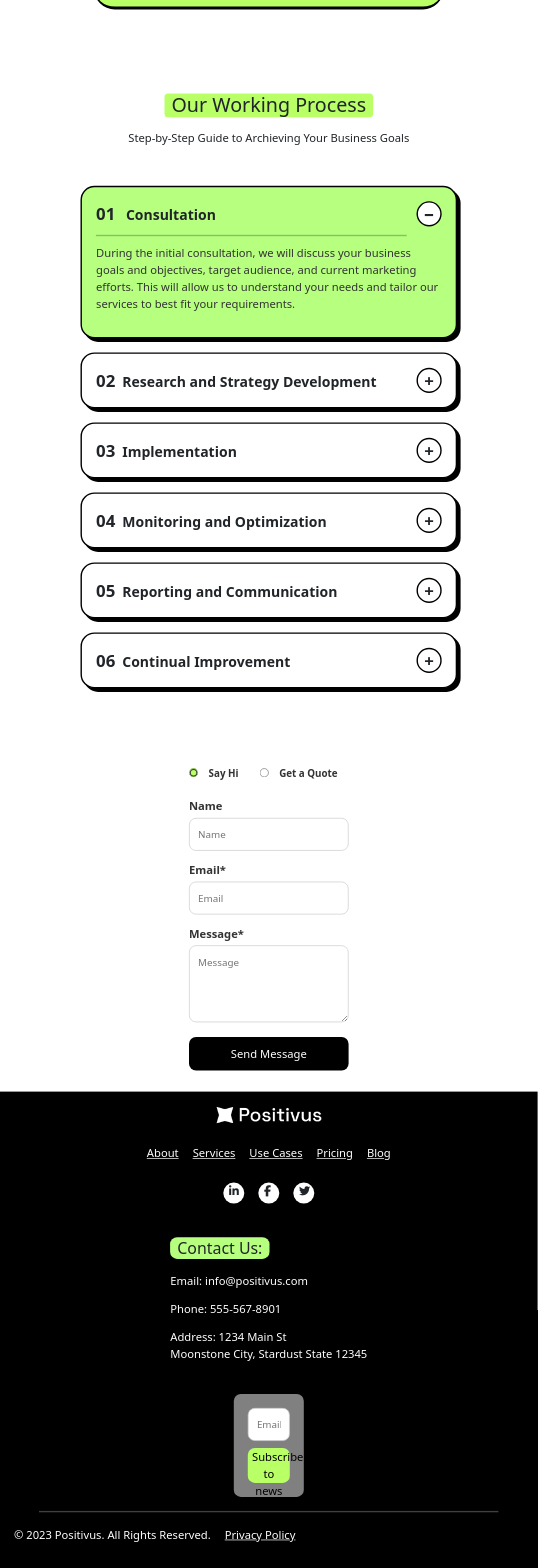
Repository: inshaabbas/CSS-Hackathon-SMIT
Page: index.html
These files come from the project's save history. The page is drawn as it stood at one moment and after the next save; the edit follows.
The browser window is 768 px wide. The pictures show the part of the page from y = 1759 to 3999 px (the page is 3999 px tall before and 3736 px after), at 70% of full size.
A picture or video elsewhere on the page could not be fetched, so the positions and the page height are approximate.

Above is the page before, as saved 2025-06-25 11:35:35.

### index.html
<!DOCTYPE html>
<html lang="en">
<head>
    <meta charset="UTF-8">
    <meta name="viewport" content="width=device-width, initial-scale=1.0">
    <title>CSS Hackathon</title>
    <!-- Bootstrap CDN -->
     <link href="https://cdn.jsdelivr.net/npm/bootstrap@5.3.7/dist/css/bootstrap.min.css" rel="stylesheet" integrity="sha384-LN+7fdVzj6u52u30Kp6M/trliBMCMKTyK833zpbD+pXdCLuTusPj697FH4R/5mcr" crossorigin="anonymous">
    <!-- Font Awesome CDN -->
     <link rel="stylesheet" href="https://cdnjs.cloudflare.com/ajax/libs/font-awesome/6.7.2/css/all.min.css" integrity="sha512-Evv84Mr4kqVGRNSgIGL/F/aIDqQb7xQ2vcrdIwxfjThSH8CSR7PBEakCr51Ck+w+/U6swU2Im1vVX0SVk9ABhg==" crossorigin="anonymous" referrerpolicy="no-referrer"/>
    <!-- External Style Sheet -->
     <link rel="stylesheet" href="./style.css">
</head>
<body>
    <!-- Header Section Starts -->
    <header class="container-xxl">
      <div class="fixed-top">
         <nav class="navbar navbar-expand-lg bg-body-tertiary">
  <div class="container-fluid">
    <a class="navbar-brand" href="#"><img src="./Assets/logo.png" alt="Logo" width="150px"></a>
    <button class="navbar-toggler" type="button" data-bs-toggle="collapse" data-bs-target="#navbarSupportedContent" aria-controls="navbarSupportedContent" aria-expanded="false" aria-label="Toggle navigation">
      <span class="navbar-toggler-icon"></span>
    </button>
    <div class="collapse navbar-collapse" id="navbarSupportedContent">
      <ul class="navbar-nav ms-auto me-3 gap-4 mb-2 mb-lg-0">
        <li class="nav-item">
          <a class="nav-link active" aria-current="page" href="#">Aboutus</a>
        </li>
        <li class="nav-item">
          <a class="nav-link active" href="#">Services</a>
        </li>
        <li class="nav-item">
          <a class="nav-link active" aria-disabled="true">User Cases</a>
        </li>
        <li class="nav-item">
          <a class="nav-link active" aria-current="page" href="#">Pricing</a>
        </li>
        <li class="nav-item">
          <a class="nav-link active" aria-current="page" href="#">Blog</a>
        </li>
      </ul>
        <button class="btn btn-outline-dark" type="submit">Request a Quote</button>
      </form>
    </div>
  </div>
</nav>
      </div>
    </header>
    <!-- Header Section Ends -->

    <!-- Hero Section Starts -->
     <section class="hero-sec container-xxl">
        <div class="hero-text">
            <h2>Navigating the digital landscape for success</h2>
            <p>Lorem ipsum dolor sit amet consectetur adipisicing elit. Nihil sapiente officia omnis rerum, vitae nesciunt ad obcaecati sint quam accusantium Lorem ipsum dolor sit amet consectetur adipisicing elit. Quaerat nobis quos soluta accusantium perspiciatis quas ducimus dicta accusamus eius, sint adipisci cum minima aliquam debitis expedita nam eos, consectetur quasi.</p>
            <button type="button" class="btn btn-dark">Book a consultation</button>
        </div>
        <div class="hero-img">
            <img src="./Assets/hero-sec-img.png" alt="Hero Section Img" width="450px" height="330px">
        </div>
     </section>
    <!-- Hero Section Ends -->

    <!-- Social Section Starts -->
     <section class="social-sec container-xxl">
       <img src="./Assets/Amazon.png" alt="Amazon">
       <img src="./Assets/Dribbble.png" alt="Dribbble">
       <img src="./Assets/Hubspot-icon-removebg-preview.png" alt="Hubspot">
       <img src="./Assets/Notion.png" alt="Notion">
       <img src="./Assets/Netflix.png" alt="Netflix" class="gray">
       <img src="./Assets/Zoom.png" alt="Zoom" class="gray">
     </section>
    <!-- Social Section Ends -->

    <!-- Service Section Starts -->
     <section class="service-sec container-xxl">
      <div class="service-head">
        <h2>Services</h2>
        <p>Lorem ipsum dolor sit amet consectetur adipisicing elit. Ad, aliquam assumenda. Perspiciatis necessitatibus ullam possimus illum consequatur dolores quasi ut.</p>
      </div>
      <div class="service-cards">
        <div class="service-card-1 hover-img">
          <div class="ser-card-1-text">
             <h3>Search engine <br> optimization</h3>
             <p><img src="./Assets/service-icon.png" alt="Service Icon" width="30px">Learn More</p>
          </div>
          <div class="ser-card-1-img">
            <img src="./Assets/Service-card-1img.png" alt="">
          </div>
        </div>
        <div class="service-card-2 hover-img">
          <div class="ser-card-2-text">
             <h3>Search engine <br> optimization</h3>
             <p><img src="./Assets/service-icon.png" alt="Service Icon" width="30px">Learn More</p>
          </div>
          <div class="ser-card-2-img">
            <img src="./Assets/Service-card-2-img.png" alt="">
          </div>
        </div>
      </div>
     </section>
    <!-- Service Section Ends -->

     <!-- Working section Starts -->
     <section class="working-section container-xxl">
      <div class="working-head">
        <h2>Our Working Process</h2>
        <p>Step-by-Step Guide to Archieving Your Business Goals</p>
      </div>
      <div class="faq-section">
  <details open>
    <summary><span><span class="number">01</span> Consultation</span> <span class="plus"></span></summary>
    <hr class="divider">
    <div class="faq-content">
      <p>During the initial consultation, we will discuss your business goals and objectives, target audience, and current marketing efforts. This will allow us to understand your needs and tailor our services to best fit your requirements.</p>
    </div>
  </details>

  <details>
    <summary><span><span class="number">02</span>Research and Strategy Development</span> <span class="plus"></span></summary>
    <hr class="divider">
    <div class="faq-content">
      We research your market and competitors to develop a custom strategy aligned with your business goals.
    </div>
  </details>

   <details>
    <summary><span><span class="number">03</span>Implementation</span> <span class="plus"></span></summary>
    <hr class="divider">
    <div class="faq-content">
      We research your market and competitors to develop a custom strategy aligned with your business goals.
    </div>
  </details>

   <details>
    <summary><span><span class="number">04</span>Monitoring and Optimization</span> <span class="plus"></span></summary>
    <hr class="divider">
    <div class="faq-content">
      We research your market and competitors to develop a custom strategy aligned with your business goals.
    </div>
  </details>

   <details>
    <summary><span><span class="number">05</span>Reporting and Communication</span> <span class="plus"></span></summary>
    <hr class="divider">
    <div class="faq-content">
      We research your market and competitors to develop a custom strategy aligned with your business goals.
    </div>
  </details>

   <details>
    <summary><span><span class="number">06</span>Continual Improvement</span> <span class="plus"></span></summary>
    <hr class="divider">
    <div class="faq-content">
      We research your market and competitors to develop a custom strategy aligned with your business goals.
    </div>
  </details>
      </div>
      </section>

    <!-- Working section Ends -->

     <!-- Contact section Starts -->
     <section class="contact-section container-xxl">
      <div class="contact-form">
        <form>
          <div class="radio-group">
            <label><input type="radio" name="purpose" checked>Say Hi</label>
            <label><input type="radio" name="purpose"> Get a Quote</label>
          </div>

          <div class="form-group">
            <label for="name">Name</label>
            <input type="text" id="name" name="name" placeholder="Name" required>
          </div>

          <div class="form-group">
            <label for="email">Email*</label>
            <input type="email" id="email" name="email" placeholder="Email" required>
          </div>

          <div class="form-group">
            <label for="message">Message*</label>
            <textarea id="message" name="message" placeholder="Message" rows="4" required></textarea>
          </div>

          <button type="submit" class="send-btn">Send Message</button>
        </form>
       </div>
      <div class="contact-image">
        <img src="./Assets/Contact-img.png" alt="Contact img" width="400px">
      </div>
     </section>

     <!-- Contact section End -->

     <!-- Footer section Starts -->

     <footer>
        <div class="top-footer">
            <div class="fot-logo">
                <img src="./Assets/Foooter-logo.png" alt="Footer logo" width="150px">
            </div>
            <div class="fot-links">
                <li><a href="#">About</a></li>
                <li><a href="#">Services</a></li>
                <li><a href="#">Use Cases</a></li>
                <li><a href="#">Pricing</a></li>
                <li><a href="#">Blog</a></li>
            </div>
            <div class="fot-icons">
                <div class="circle"><i class="fa-brands fa-linkedin-in"></i></div>
                <div class="circle"><i class="fa-brands fa-facebook-f"></i></div>
                <div class="circle"><i class="fa-brands fa-twitter"></i></div>
            </div>
        </div>

        <div class="fot-contact">
            <div class="fot-text">
                <h4>Contact Us:</h4>
                <p style="margin-top: 20px;">Email: info@positivus.com</p>
                <p>Phone: 555-567-8901</p>
                <p>Address: 1234 Main St <br> Moonstone City, Stardust State 12345</p>
            </div>
            <div class="fot-input">
                <input type="text" placeholder="Email">
                <button class="btn-sub">Subscribe to news</button>
            </div>
        </div>
        <hr>
        <div class="bot-foot">
            <p>© 2023 Positivus. All Rights Reserved.</p>
            <a href="#">Privacy Policy</a>
        </div>
     </footer>








<script src="https://cdn.jsdelivr.net/npm/@popperjs/core@2.11.8/dist/umd/popper.min.js" integrity="sha384-I7E8VVD/ismYTF4hNIPjVp/Zjvgyol6VFvRkX/vR+Vc4jQkC+hVqc2pM8ODewa9r" crossorigin="anonymous"></script>
<script src="https://cdn.jsdelivr.net/npm/bootstrap@5.3.7/dist/js/bootstrap.min.js" integrity="sha384-7qAoOXltbVP82dhxHAUje59V5r2YsVfBafyUDxEdApLPmcdhBPg1DKg1ERo0BZlK" crossorigin="anonymous"></script>
</body>
</html>

### style.css
.hover-img{
    transition: transform 0.3s ease;
}

.hover-img:hover{
    transform: scale(1.1);
}

.hero-sec{
    display: flex;
    justify-content: space-around;
    align-items: center;
    padding: 20px;
    height: 500px;
    padding-top: 80px;
}

.hero-text{
    width: 50%;
}

.hero-text h2{
    font-size: 35px;
    font-weight: bold;
}

@media screen and (max-width: 1010px) {
    .hero-img img{
        width: 350px;
        height: 300px;
    }
    .hero-sec{
        height: auto;
    }
}

@media screen and (max-width: 800px){
    .hero-sec{
        flex-direction: column;
        gap: 50px;
    }

    .hero-text{
    width: 100%;
}

.hero-img img{
    width: 300px;
    height: 250px;
}
}

/* Hero Section End */

/* Social Section Starts */
.social-sec{
    height: auto;
    display: flex;
    justify-content: center;
    align-items: center;
    gap: 40px;
    flex-wrap: wrap;
    padding: 20px;
    margin-top: 40px;
}

.social-sec img{
    width: 120px;
}

.gray{
    filter: grayscale(100%);
}

/* Social Section Ends */


/* Service Section Starts */

.service-sec{
    height: auto;
    margin-top: 40px;
    padding: 40px 10px;
}

.service-head{
    display: flex;
    margin-left: 100px;
    gap: 30px;
}

.service-head h2{
    background-color: #b9ff66;
    padding: 0px 10px;
    border-radius: 5px;
    font-size: 40px;
}

.service-head p{
    width: 600px;
}

.service-cards{
    padding-top: 40px;
    display: flex;
    justify-content: center;
    align-items: center;
    flex-wrap: wrap;
    gap: 40px;
    padding: 20px;
}

/* Card 1  */
.service-card-1{
    display: flex;
    justify-content: space-between;
    width: 500px;
    height: 280px;
    background-color: #f3f3f3;
    border-radius: 30px;
    padding: 20px;
    border-bottom: black solid 4px;
    border-top: black solid 1px;
    border-left: black solid 1px;
    border-right: black solid 1px;
}

.service-card-1 p img{
    margin-right: 10px;
}

.service-card-1 p{
    margin-top: 100px;
}

.ser-card-1-img{
    display: flex;
    justify-content: center;
    align-items: center;
}

.ser-card-1-text h3{
    background-color: #b9ff66;
    padding: 5px 10px;
    border-radius: 5px;
}

/* Card 2 */

.service-card-2{
    display: flex;
    justify-content: space-between;
    width: 500px;
    height: 280px;
    background-color: #b9ff66;
    border-radius: 30px;
    padding: 20px;
    border-bottom: black solid 4px;
    border-top: black solid 1px;
    border-left: black solid 1px;
    border-right: black solid 1px;
}

.service-card-2 p img{
    margin-right: 10px;
}

.service-card-2 p{
    margin-top: 100px;
}

.ser-card-2-img{
    display: flex;
    justify-content: center;
    align-items: center;
}

.ser-card-2-text h3{
    background-color: #f3f3f3;
    padding: 5px 10px;
    border-radius: 5px;
}

@media screen and (max-width: 865px){
    .service-head{
        flex-direction: column;
        justify-content: center;
        align-items: center;
        text-align: center;
        margin-left: 0px;
        gap: 10px;
    }

    .service-head p{
        width: 100%;
    }
}

@media screen and (max-width: 500px){
    .service-head p{
        font-size: 13px;
    }

    .service-card-2{
        height: 230px;
    }
    .ser-card-2-img img{
        width: 180px;
    }

    .ser-card-2-text h3{
        font-size: 20px;
    }

    .ser-card-2-text p{
        font-size: 13px;
    }

    .service-card-1{
        height: 230px;
    }
    .ser-card-1-img img{
        width: 180px;
    }

    .ser-card-1-text h3{
        font-size: 20px;
    }

    .ser-card-1-text p{
        font-size: 15px;
    }
}

    @media screen and (max-width: 440px){
    .service-head p{
        font-size: 10px;
    }

    .ser-card-2-img img{
        width: 120px;
    }

    .ser-card-2-text h3{
        font-size: 14px;
    }

    .ser-card-2-text p{
        font-size: 12px;
    }

    .ser-card-1-img img{
        width: 120px;
    }

    .ser-card-1-text h3{
        font-size: 14px;
    }

    .ser-card-1-text p{
        font-size: 12px;
    }
}

/* Service Section Ends*/

/* Working Section Starts */

.working-section{
    height: auto;
    margin-top: 20px;
    padding: 40px 10px;
}

.working-head{
    display: flex;
    align-items: center;
    margin-left: 100px;
    gap: 30px;
}

.working-head h2{
    background-color: #b9ff66;
    padding: 0px 10px;
    border-radius: 5px;
}

.working-head p{
    width: 100%;
    max-width: 600px;
}

.faq-section{
    display: flex;
    flex-direction: column;
    justify-content: center;
    align-items: center;
    margin-top: 40px;
    padding: 0px 10px;
}

details {
      border: 2px solid #000;
      border-radius: 20px;
      margin-bottom: 20px;
      padding: 20px;
      box-shadow: 5px 5px 0 #000;
      background-color: #fff;
      transition: all 0.3s ease;
      width: 70vw;
    }

    details[open] {
      background-color: #b6ff7f;
    }

    summary {
      list-style: none;
      cursor: pointer;
      font-weight: bold;
      font-size: 20px;
      display: flex;
      justify-content: space-between;
      align-items: center;
    }

    summary::-webkit-details-marker {
      display: none;
    }

    .number {
      font-size: 24px;
      margin-right: 10px;
    }

    .plus::after {
      content: "+";
      font-size: 24px;
      width: 36px;
      height: 36px;
      display: inline-flex;
      align-items: center;
      justify-content: center;
      border: 2px solid #000;
      border-radius: 50%;
      background: #fff;
    }

    details[open] .plus::after {
      content: "−";
    }

    .faq-content {
      margin-top: 10px;
      font-size: 16px;
      line-height: 1.5;
      color: #333;
    }

    .divider {
      display: none;
      border: none;
      border-top: 2px solid #000;
      margin: 12px 0;
    }

    details[open] .divider {
      display: block;
    }

    details[open] .faq-content {
      display: block;
    }


@media screen and (max-width: 1084px){
    .working-head{
        flex-direction: column;
        justify-content: center;
        align-items: center;
        text-align: center;
        gap: 10px;
        margin-left: 0px;
    }
}

@media screen and (max-width: 700px){
    summary span{
        font-size: 16px;
    }

    .number{
        font-size: 16px;
    }

    .plus::after{
        font-size: 20px;
        width: 25px;
        height: 25px;
    }

    details{
        width: 90vw;
    }
}

@media screen and (max-width: 420px){
    summary span{
        font-size: 13px;
    }

    .number{
        font-size: 14px;
    }
}
/* Working Section Ends */

/* Contact Section Starts */

.contact-section{
    display: flex;
    justify-content: space-between;
    height: auto;
    margin-top: 20px;
    padding: 60px 0px 40px 20px
}

.contact-form{
    width: 100%;
    margin-left: 40px;
}

.radio-group {
  display: flex;
  gap: 30px;
  margin-bottom: 20px;
  font-size: 14px;
}

.radio-group label{
  display: flex;
  align-items: center;
  gap: 15px;
  font-size: 14px;
  color: #333;
  cursor: pointer;
  /* width: 100px; */
  white-space: nowrap
}


input[type="radio"] {
  accent-color: #b9ff66;
}

.form-group {
  margin-bottom: 15px;
}

label {
  display: block;
  margin-bottom: 5px;
  font-weight: bold;
  color: #333;
}

input,
textarea {
  width: 100%;
  max-width: 500px;
  padding: 12px;
  font-size: 14px;
  border: 1px solid #ccc;
  border-radius: 10px;
  box-sizing: border-box;
}

.send-btn{
  background-color: #000;
  color: #fff;
  border: none;
  padding: 12px;
  width: 100%;
  max-width: 500px;
  border-radius: 10px;
  font-size: 16px;
  cursor: pointer;
  transition: background-color 0.3s;
}

.send-btn:hover {
  background-color: #333;
}

.contact-image {
  flex: 1;
  text-align: right;
  min-width: 300px;
  overflow-x: hidden;
}

@media screen and (max-width: 890px){
    .contact-image img {
        display: none;
    }

    .contact-section {
        flex-direction: column;
        align-items: center;
        padding: 30px 20px;
    }

    .contact-form {
        margin-left: 0;
        width: 100%;
        display: flex;
        flex-direction: column;
        align-items: center;
    }

    .form-group,
    input,
    textarea,
    .send-btn {
        width: 100%;
        max-width: 600px;
    }
}

/* Contact Section Ends*/

footer{
    height: auto;
    background-color: #000;
    padding: 20px;
}

.top-footer{
    display: flex;
    justify-content: space-between;
}

.fot-links{
    display: flex;
    gap: 20px;
}

.fot-links li{
    list-style: none;
}

.fot-links li a{
    color: white;
    text-decoration: underline;
}

.fot-icons{
    display: flex;
    gap: 20px;
}

.fot-icons .circle{
    width: 30px;
    height: 30px;
    background-color: white;
    border-radius: 50%;
}

.fot-icons .circle i{
    margin-left: 8px;
}

.fot-contact{
    display: flex;
    justify-content: space-between;
    margin-top: 50px;
}

.fot-text h4{
    background-color: #b6ff7f;
    display: inline;
    border-radius: 10px;
    padding: 0px 10px;
}

.fot-text p{
    color: white;
}

.fot-input {
  display: flex;
  justify-content: center;
  align-items: center;
  gap: 10px;
  background-color: gray;
  width: 100%;
  max-width: 500px;
  height: auto;
  border-radius: 10px;
  flex-wrap: wrap;
  padding: 20px;
}


.fot-input input{
    max-width: 200px;
    width: 100%;
}

.btn-sub{
    max-width: 200px;
    width: 100%;
    height: 50px;
    border-radius: 10px;
    border: none;
    background-color: #b9ff66;
}

hr{
    width: 90%;
    color: gray;
    border: 1px white solid;
    margin: 0 auto;
    margin-top: 20px;
}

.bot-foot{
    display: flex;
    gap: 20px;
}

.bot-foot p{
    color: white;
    margin-top: 20px;
}

.bot-foot a{
    color: white;
    margin-top: 20px;
}

@media screen and (max-width: 600px) {
  .fot-input {
    flex-direction: column;
    align-items: center;
    height: auto;
    padding: 20px;
  }

  .fot-input input,
  .btn-sub {
    max-width: 100%;
    width: 100%;
  }
}


@media screen and (max-width: 885px){
    .top-footer{
        flex-direction: column;
        gap: 30px;
        align-items: center;
    }

    .fot-contact{
        flex-direction: column;
        gap: 30px;
        align-items: center;
    }

    .fot-input{
        flex-direction: column;
        width: 200px;
    }

    .fot-input{
    max-width: 100px;
    width: 50%;
}
}

@media screen and (max-width: 536px){
    .fot-input{
        max-width: 100px;
        width: 100%;
    }
}

@media screen and (max-width: 505px){
    .bot-foot{
        display: flex;
        flex-direction: column;
        gap: 10px;
    }
}

After the next save:
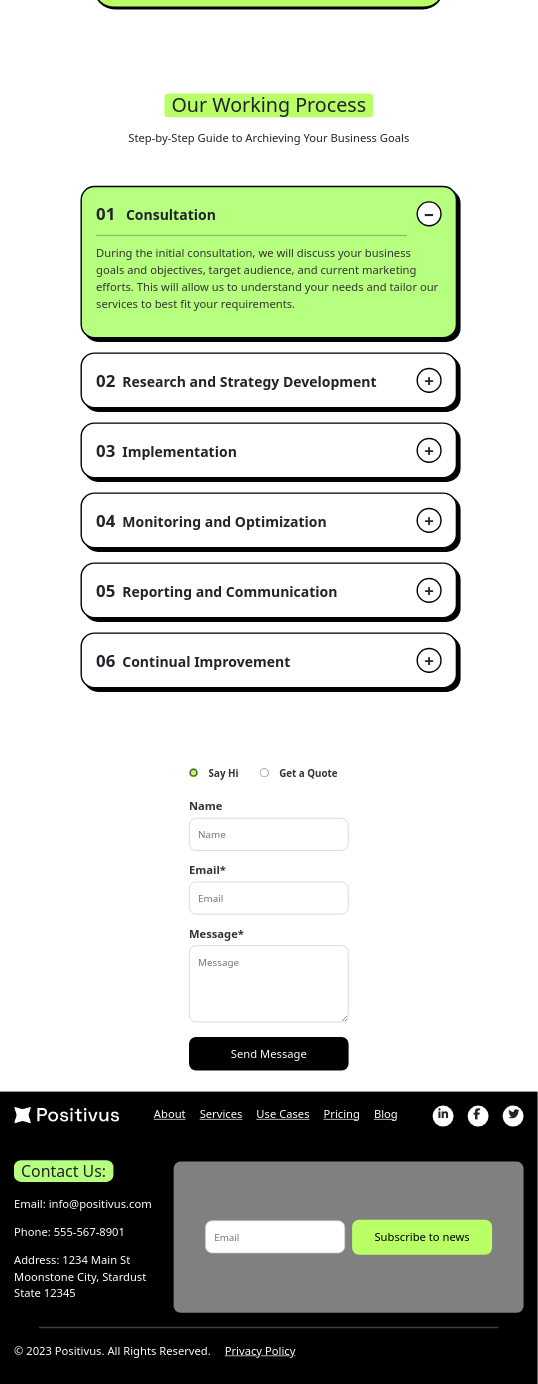
Saved 7 s later.
--- a/style.css
+++ b/style.css
@@ -655,7 +655,7 @@ hr{
 }
 
 
-@media screen and (max-width: 885px){
+/* @media screen and (max-width: 885px){
     .top-footer{
         flex-direction: column;
         gap: 30px;
@@ -692,4 +692,4 @@ hr{
         flex-direction: column;
         gap: 10px;
     }
-}
+} */
